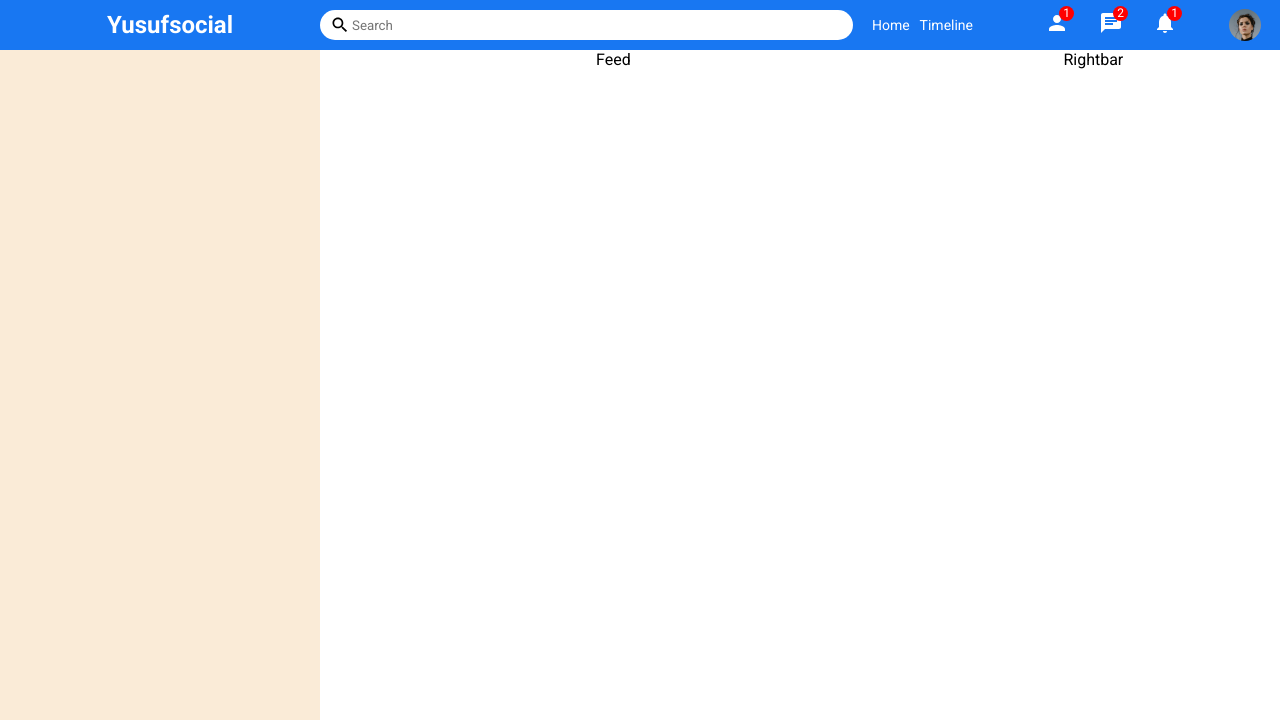
Repository: sevilgenysf/socialmediaapp
Page: /
These files come from the project's save history. The page is drawn as it stood at one moment and after the next save; the edit follows.
The browser window is 1280 px wide. The pictures show the whole page.
The project was rebuilt for these pictures with package versions that can differ from the ones it lists, and the page was loaded fresh each time.

Above is the page before, as saved 2022-02-16 19:56:48.

After the next save:
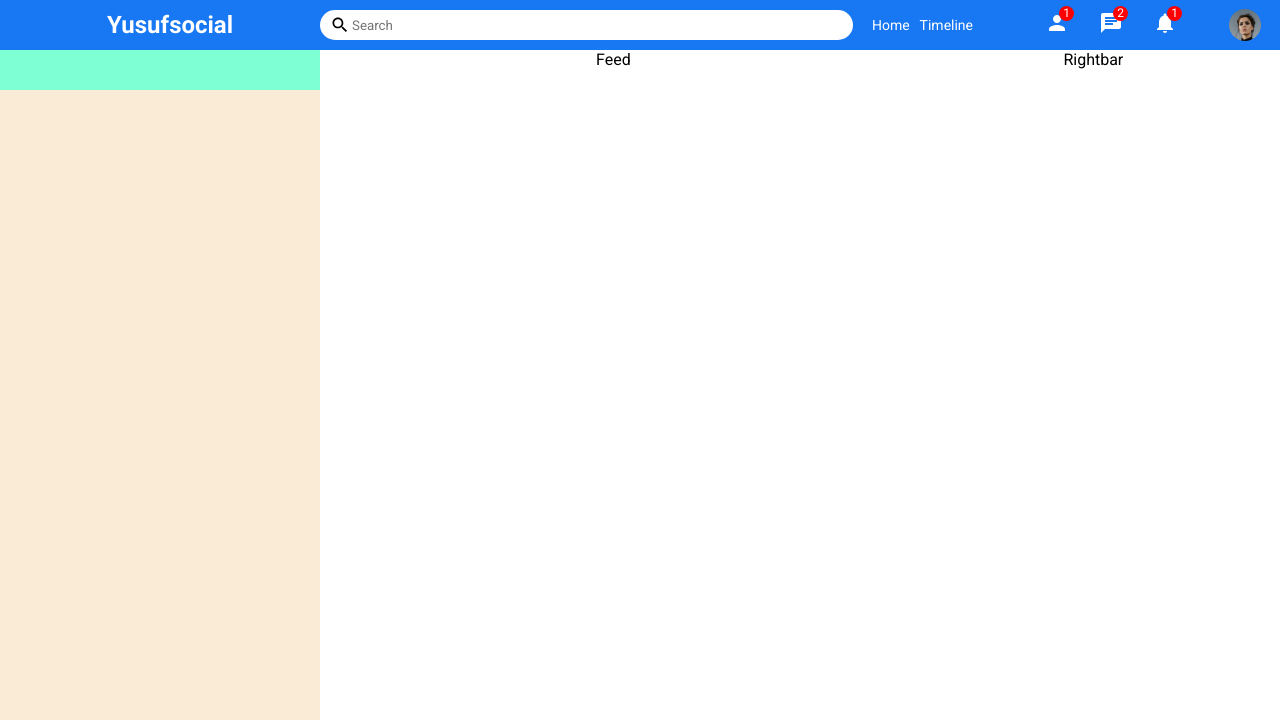
Saved 9 s later.
--- a/src/components/sidebar/sidebar.css
+++ b/src/components/sidebar/sidebar.css
@@ -6,4 +6,5 @@
 
 .sidebarWrapper {
 	padding: 20px;
+	background-color: aquamarine;
 }
